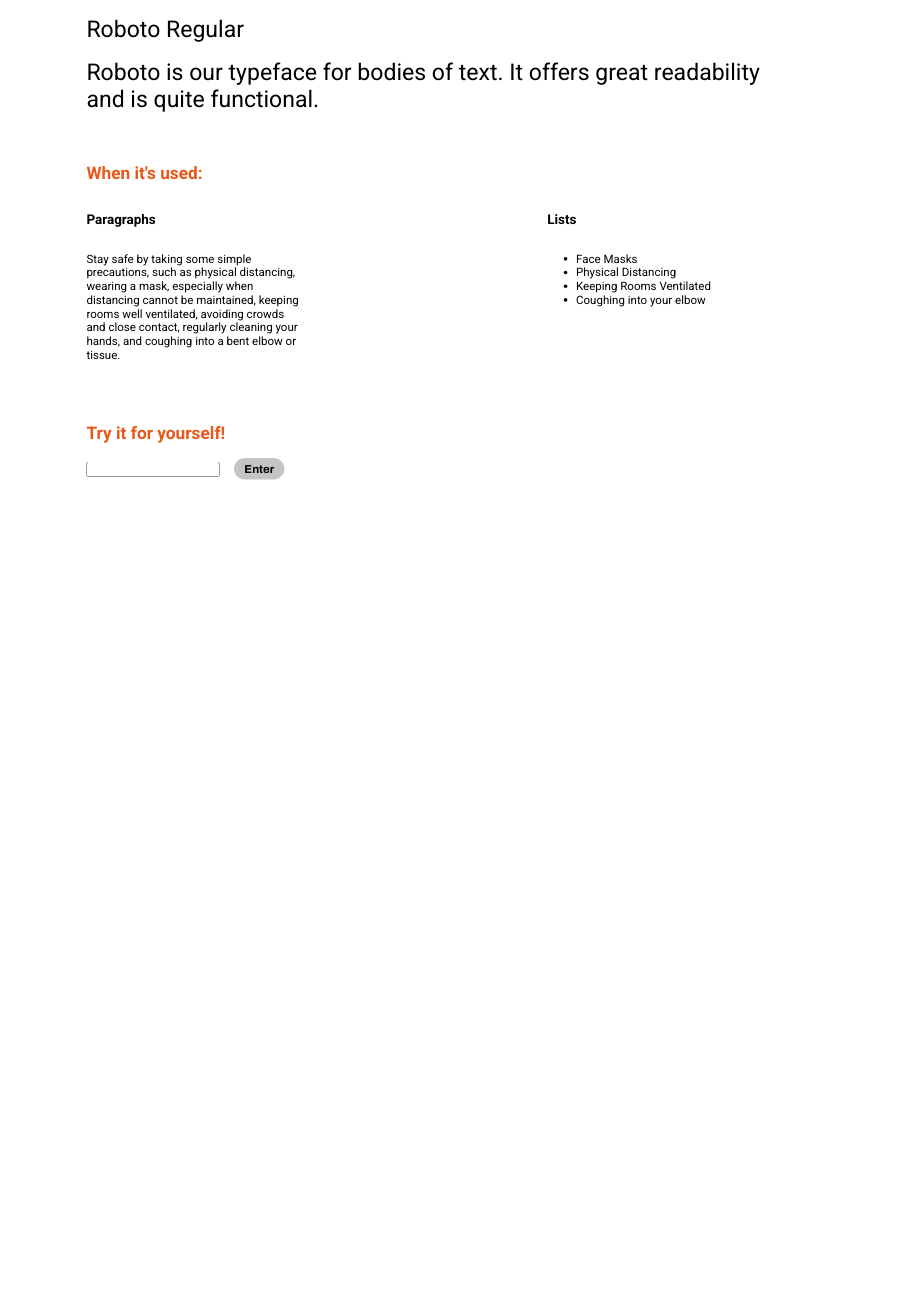
Repository: Levic559/bird-styleguide
Page: typography/index.html
The author's editor kept a copy of each file at every save. The page is drawn from the files as they stood at one save, then again after the next save.
The browser window is 1280 px wide. The pictures show the whole page, at 72% of full size.

Above is the page before, as saved 2021-03-22 05:36:36.

### typography/index.html
<!DOCTYPE html>
<html>
    <head>
        <title>
            Typography
        </title>
        <link rel="preconnect" href="https://fonts.gstatic.com">
        <link href="https://fonts.googleapis.com/css2?family=Archivo:wght@700&family=Roboto:wght@400;700&display=swap" rel="stylesheet">
        <link href="style.css" rel="stylesheet">
    </head>
    <body>
        <div class="main">
            <div class="fontcontainer">
                <h1 class="Roboto">Roboto Regular</h1>
                <h1 class="Roboto">Roboto is our typeface for bodies of text. It offers great readability and is quite functional.</h1>
                <h2 class="Orange">When it's used:</h3>
                <div class="examplescontainer">
                    <div class="column">
                        <h3>Paragraphs</h3>
                        <p>
                            Stay safe by taking some simple precautions, such as physical distancing, wearing a mask, especially when distancing cannot be maintained, keeping rooms well ventilated, avoiding crowds and close contact, regularly cleaning your hands, and coughing into a bent elbow or tissue.
                        </p>
                    </div>
                    <div class="column">
                        <h3>Lists</h3>
                        <ul>
                            <li>Face Masks</li>
                            <li>Physical Distancing</li>
                            <li>Keeping Rooms Ventilated</li>
                            <li>Coughing into your elbow</li>
                        </ul>
                    </div>
                </div>

                <h2 class="Orange">Try it for yourself!</h2>

                <div class="inputcontainer">
                    <input type="text" id="input1" class="inline"></input>
                    <div class="enter" onclick="textOne()">Enter</div>
                </div>
                <h1 class="Roboto" id="output1"></h1>

            </div>
        </div>
    </body>
    <script src="index.js"></script>
</html>

### typography/style.css
body {
    margin: 0px;
    padding: 0px;
    box-sizing: border-box;
}

.main {
    width: 100vw;
    height: 250vh;
    display: flex;
    flex-direction: column;
    justify-content: flex-start;
    font-family: Roboto;
}

.fontcontainer {
    margin-left: 120px;
    width: 940px;
}

.Roboto {
    font-family: Roboto;
    font-weight: normal;
}

.Orange {
    color: #E95719;
    font-family: Roboto;
    margin-top: 70px;
}

.examplescontainer {
    display: flex;
    justify-content: space-between;
}

.column {
    width: 300px;
    display: flex;
    flex-direction: column;
}

.inputcontainer {
    display: flex;
    flex-direction: row;
    align-items: center;
}

.enter {
    width: 70px;
    height: 30px;
    background-color: #C4C4C4;
    color: black;
    font-family: Archivo;
    font-weight: bold;
    display: flex;
    justify-content: center;
    align-items: center;
    border-radius: 20px;
    margin-left: 20px;
}

.enter:hover{
    border: #545454 1px solid;
}


.seporator {

}

Loaded but not shown: typography/index.js (no stored copy; drawn as an empty file)

After the next save:
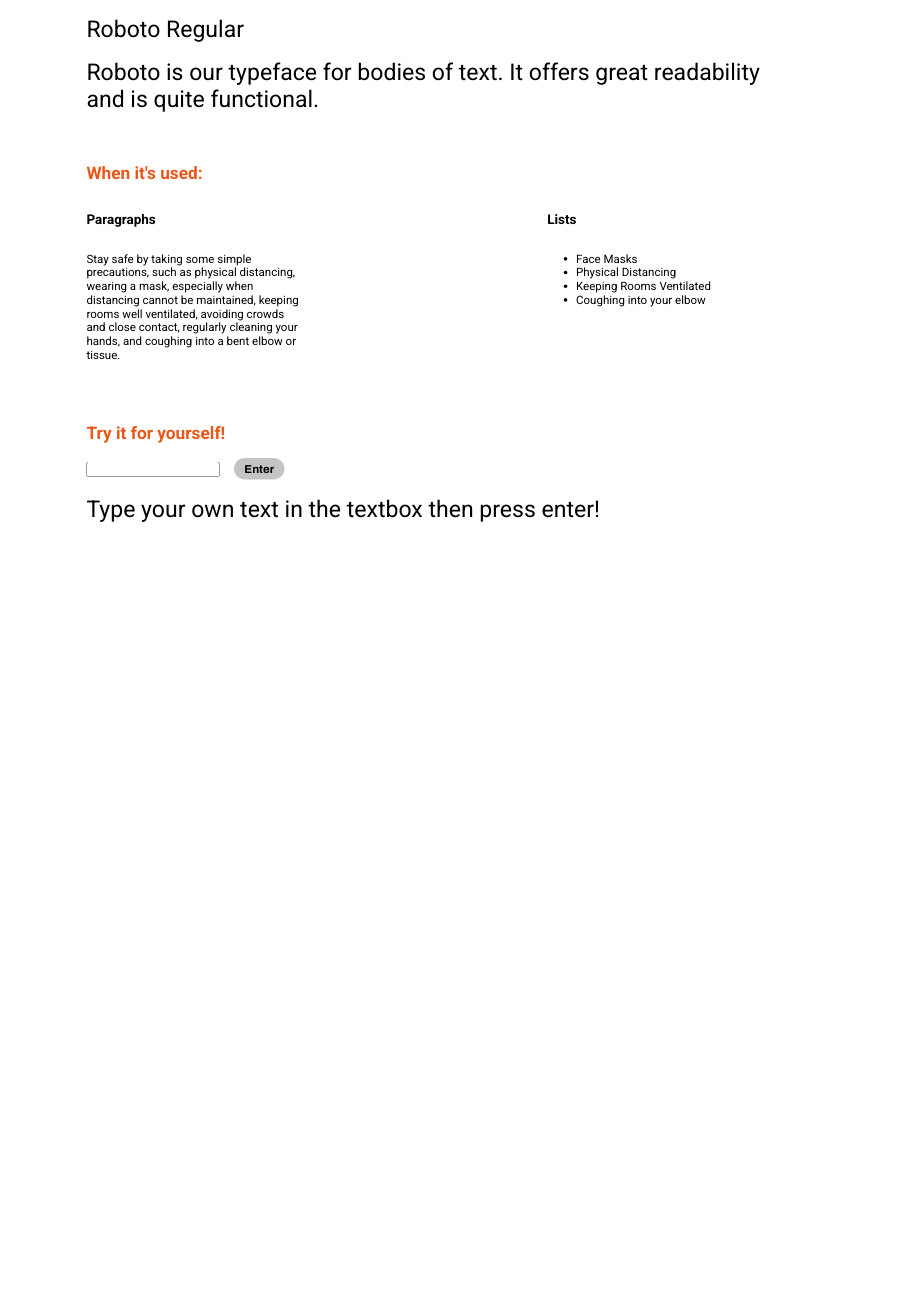
Saved 18 s later.
--- a/typography/index.html
+++ b/typography/index.html
@@ -38,7 +38,7 @@
                     <input type="text" id="input1" class="inline"></input>
                     <div class="enter" onclick="textOne()">Enter</div>
                 </div>
-                <h1 class="Roboto" id="output1"></h1>
+                <h1 class="Roboto" id="output1">Type your own text in the textbox then press enter!</h1>
 
             </div>
         </div>
